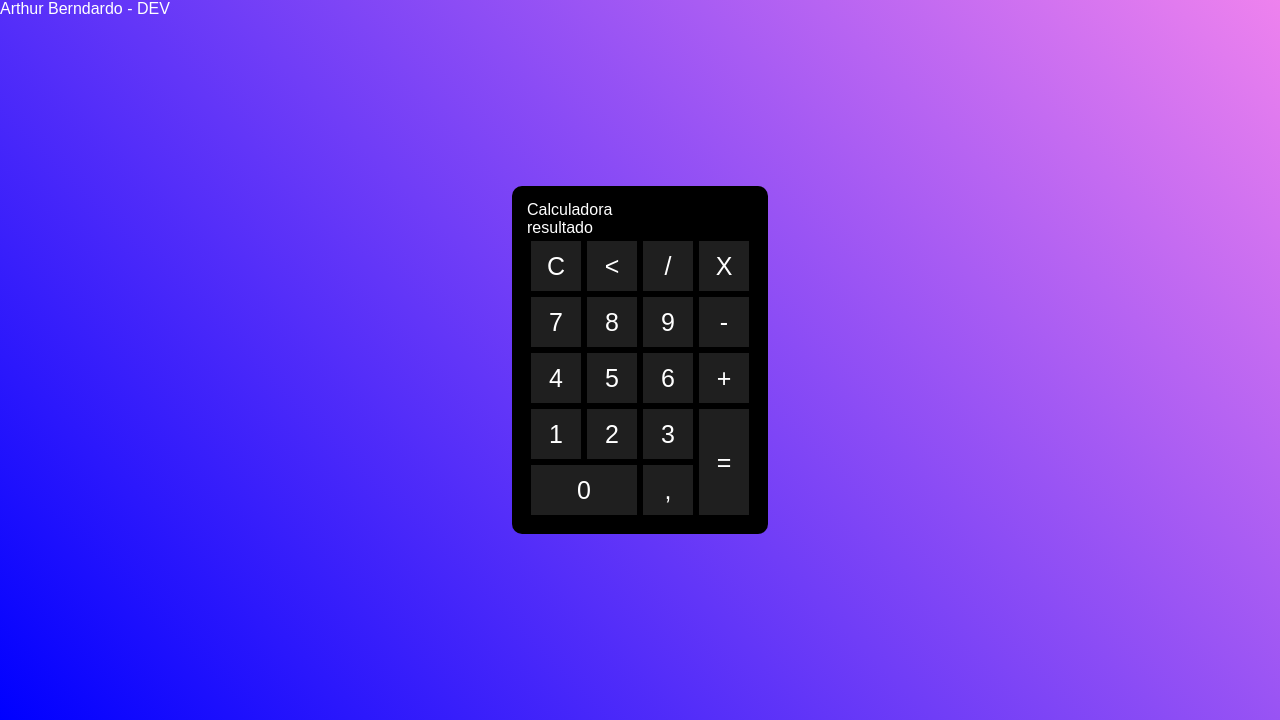
Repository: oThurDev/calculadora
Page: calculadora.html
The author's editor kept a copy of each file at every save. The page is drawn from the files as they stood at one save, then again after the next save.
The browser window is 1280 px wide. The pictures show the whole page.

Above is the page before, as saved 2022-02-25 15:42:10.

### calculadora.html
<!DOCTYPE html>
<html lang="en">
<head>
    <meta charset="UTF-8">
    <meta name="viewport" content="width=device-width, initial-scale=1.0">
    <link rel="stylesheet" href="style_calculadora.css">
    <title>Calculadora</title>
</head>
<body>
    <div class="fundo">
        <span>Arthur Berndardo - DEV</span>
        <div class="calculadora">
            <span>Calculadora</span>
            <p id="resultado">resultado</p>
            <table>
                <tr>
                    <td><button class="botao">C</button></td>
                    <td><button class="botao"><</button></td>
                    <td><button class="botao">/</button></td>
                    <td><button class="botao">X</button></td>
                </tr>
                <tr>
                    <td><button class="botao">7</button></td>
                    <td><button class="botao">8</button></td>
                    <td><button class="botao">9</button></td>
                    <td><button class="botao">-</button></td>
                </tr>
                <tr>
                    <td><button class="botao">4</button></td>
                    <td><button class="botao">5</button></td>
                    <td><button class="botao">6</button></td>
                    <td><button class="botao">+</button></td>
                </tr>
                <tr>
                    <td><button class="botao">1</button></td>
                    <td><button class="botao">2</button></td>
                    <td><button class="botao">3</button></td>
                    <td rowspan="2"><button class="botao" style="height: 106px;">=</button></td>
                </tr>
                <tr>
                    <td colspan="2"><button class="botao" style="width: 106px;">0</button></td>
                    <td><button class="botao">,</button></td>
                </tr>
            </table>
        </div>
    </div>
</body>
</html>

### style_calculadora.css
*{
    margin: 0;
    padding: 0;
}

.fundo{
    background-image: linear-gradient(45deg, blue, violet);
    height: 100vh;
    color: white;
    font-family: Arial, Helvetica, sans-serif;
}

.calculadora{
    position: absolute;
    background-color: black;
    top: 50%;
    left: 50%;
    transform: translate(-50%, -50%);
    border-radius: 10px;
    padding: 15px;
}

.botao{
    width: 50px;
    height: 50px;
    font-size: 25px;
    cursor: pointer;
    background-color: rgb(31, 31, 31);
    border: none;
    color: white;
    margin: 2px;
}

.botao:hover{
    background-color: black;
}

After the next save:
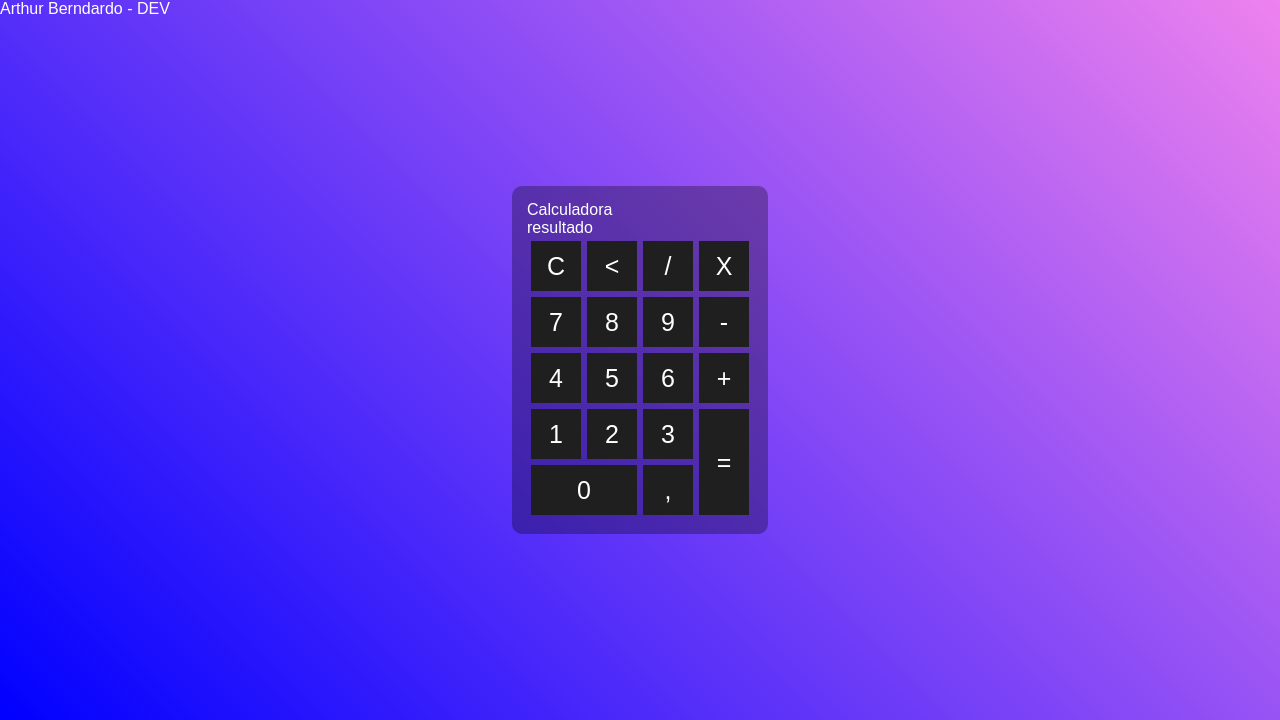
Saved 66 s later.
--- a/style_calculadora.css
+++ b/style_calculadora.css
@@ -12,7 +12,7 @@
 
 .calculadora{
     position: absolute;
-    background-color: black;
+    background-color: rgba(0, 0, 0, 0.3);
     top: 50%;
     left: 50%;
     transform: translate(-50%, -50%);
